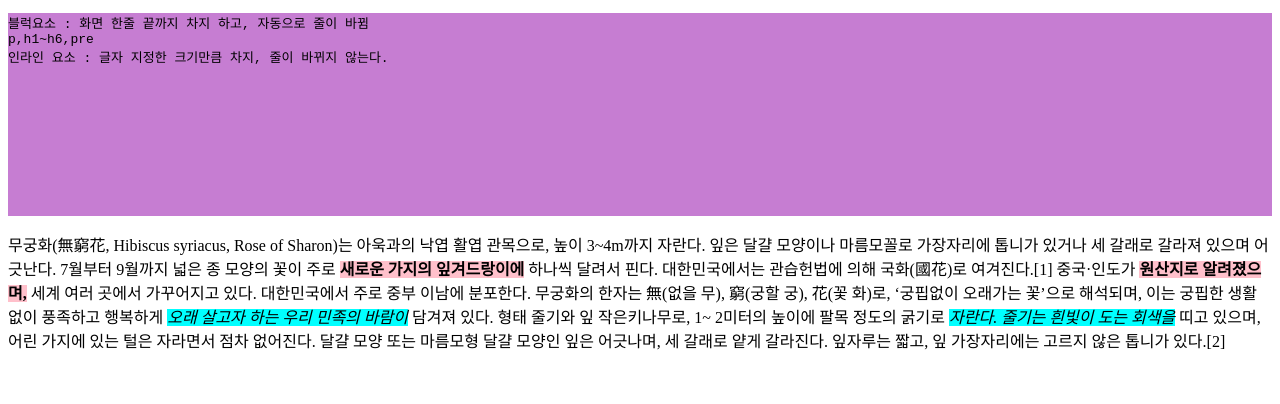
Repository: sH1222J/SH_DDit_WEB_study
Page: workspace/webpro/src/main/webapp/0304/텍스트서식.html
These files come from the project's save history. The page is drawn as it stood at one moment and after the next save; the edit follows.
The browser window is 1280 px wide. The pictures show the whole page.

Above is the page before, as saved 2025-03-04 03:26:20.

After the next save:
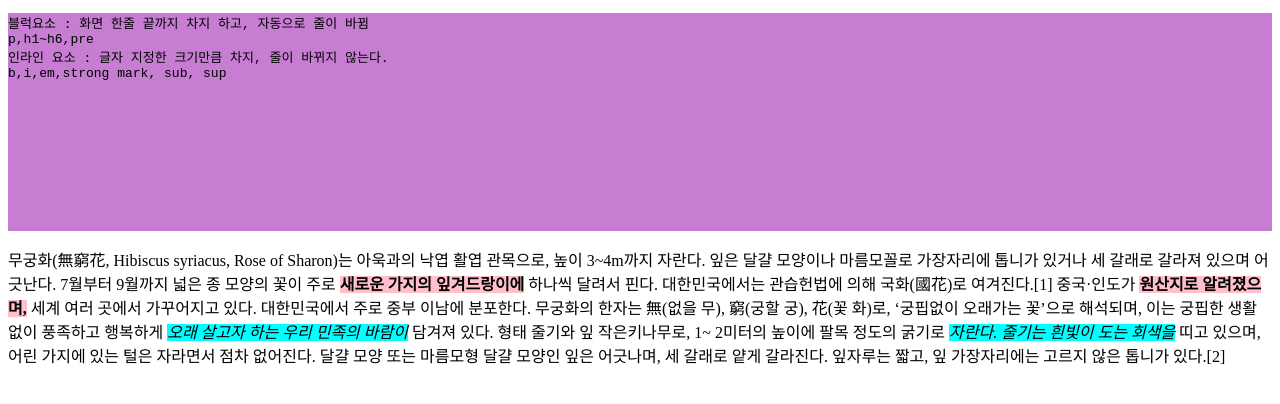
Saved 31 s later.
--- a/workspace/webpro/src/main/webapp/0304/텍스트서식.html
+++ b/workspace/webpro/src/main/webapp/0304/텍스트서식.html
@@ -25,6 +25,7 @@ pre {
 블럭요소 : 화면 한줄 끝까지 차지 하고, 자동으로 줄이 바뀜
 p,h1~h6,pre
 인라인 요소 : 글자 지정한 크기만큼 차지, 줄이 바뀌지 않는다.
+b,i,em,strong mark, sub, sup
 
 
 
